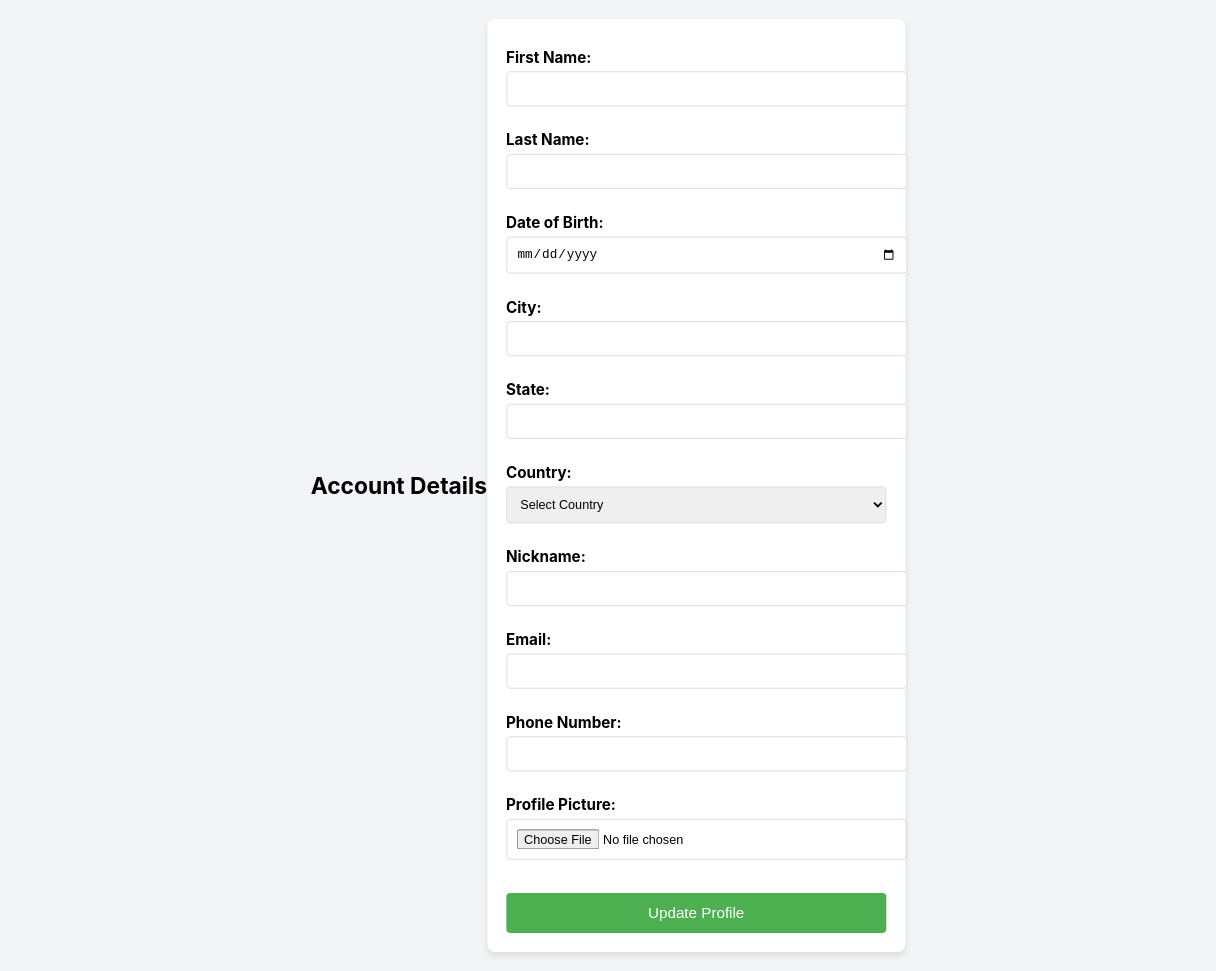
Repository: hamsaram14/dummy4
Page: /profile (app in frontend1/)
An editor plug-in stored every save of this project. The page is shown before and after the next save, followed by the edit.
The browser window is 1280 px wide. The pictures show the whole page, at 95% of full size.
The page's requests for data from a server got no answer. The project was rebuilt for these pictures with package versions that can differ from the ones it lists, and the page was loaded fresh each time. No one was signed in, and anything a server would have sent is missing.

Above is the page before, as saved 2024-10-11 22:39:32.

After the next save:
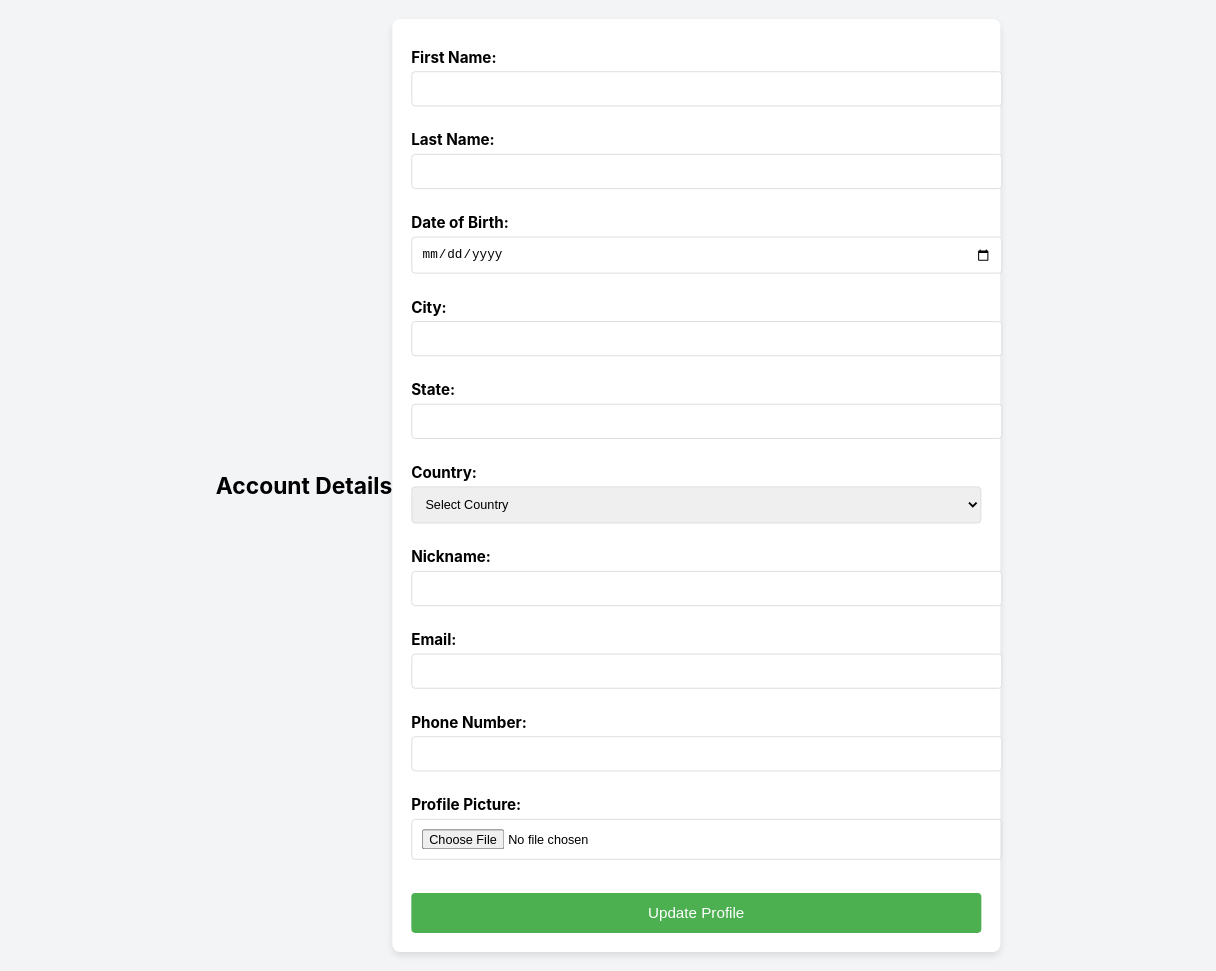
Saved 4 s later.
--- a/frontend1/src/components/ProfilePage.css
+++ b/frontend1/src/components/ProfilePage.css
@@ -19,9 +19,10 @@
 }
 
 .profile-container {
-   z-index: 1; /* Place content above the background */
+    width: 100%;
+    max-width: 600px; /* Adjust as needed for better form width */
+    background-color: #ffffff;
     padding: 20px;
-    background-color: #fff;
     border-radius: 8px;
     box-shadow: 0 4px 8px rgba(0, 0, 0, 0.1);
 }
@@ -59,18 +60,3 @@
     color: green;
     font-weight: bold;
 }
-
-.profile-page::before {
-    content: "";
-    background-image: url('/uber_eats.jpg'); /* Use the correct path from the public folder */
-    background-size: 40%; /* Adjust size as needed */
-    background-repeat: no-repeat;
-    background-position: center;
-    position: absolute;
-    top: 0;
-    left: 0;
-    width: 100%;
-    height: 100%;
-    opacity: 0.1; /* Makes the image look shadowed */
-    z-index: -1; /* Ensure it stays behind all other content */
-}
